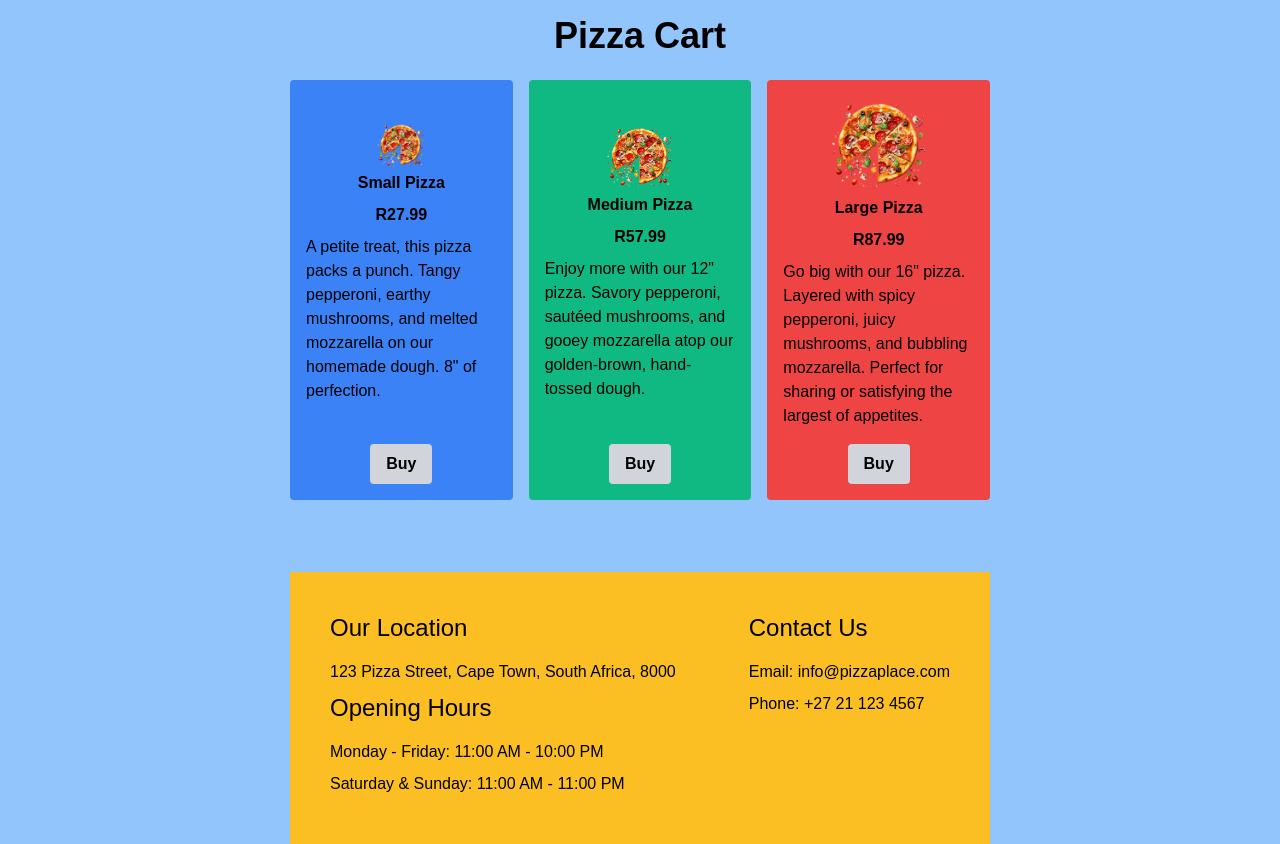
Repository: lasity34/pizza-cart-with-api
Page: index.html
These files come from the project's save history. The page is drawn as it stood at one moment and after the next save; the edit follows.
The browser window is 1280 px wide. The pictures show the whole page.
The page's requests for data from a server got no answer. Some web fonts or font styles are not loaded; a fallback is used. Some web libraries are served in a nearby version.

Above is the page before, as saved 2023-07-14 12:50:05.
Console error (its wording comes from the project's code and is left out).

### index.html
<!DOCTYPE html>
<html lang="en">
  <head>
    <meta charset="UTF-8" />
    <meta name="viewport" content="width=device-width, initial-scale=1.0" />
    <title>Pizza Cart</title>
    <script src="//unpkg.com/alpinejs" defer></script>
    <link
      href="https://cdn.jsdelivr.net/npm/tailwindcss@2.1.2/dist/tailwind.min.css"
      rel="stylesheet"
    />
    <script
      src="https://cdnjs.cloudflare.com/ajax/libs/axios/1.4.0/axios.min.js"
      integrity="sha512-uMtXmF28A2Ab/JJO2t/vYhlaa/3ahUOgj1Zf27M5rOo8/+fcTUVH0/E0ll68njmjrLqOBjXM3V9NiPFL5ywWPQ=="
      crossorigin="anonymous"
      referrerpolicy="no-referrer"
    ></script>
    <link href="./style.css" rel="stylesheet" />
    <link rel="preconnect" href="https://fonts.googleapis.com" />
    <link rel="preconnect" href="https://fonts.gstatic.com" crossorigin />
    <link
      href="https://fonts.googleapis.com/css2?family=Titillium+Web:ital@0;1&family=Tsukimi+Rounded:wght@300;400;500&display=swap"
      rel="stylesheet"
    />
  </head>
  <body x-data="pizzaCart" class="bg-blue-300" x-cloak>
    <section class="flex justify-center items-center">
      <h1 class="text-4xl pt-4 font-bold">Pizza Cart</h1>
    </section>

    <section  x-show=" cartTotal > 0 "
  class="shop-container my-3 sm:my-4 p-4 sm:p-5 flex flex-col text-xs sm:text-sm justify-center items-center"
>
  <h2 class="text-xl sm:text-2xl mb-2 font-bold">Shopping Cart</h2>
  <div class="mt-4 flex flex-col items-center">
    <div>
        <section class="mt-6">
            <table class="table-auto w-full rounded-lg overflow-hidden shadow-lg max-w-md mx-auto">
                <thead class="bg-red-600">
                    <tr>
                        <th class="px-2 sm:px-3 py-1 text-left text-xs sm:text-sm font-bold font-medium text-white uppercase tracking-wider">Flavour</th>
                        <th class="px-2 sm:px-3 py-1 text-left text-xs sm:text-sm font-medium text-white uppercase tracking-wider">Size</th>
                        <th class="px-2 sm:px-3 py-1 text-left text-xs sm:text-sm font-medium text-white uppercase tracking-wider">Quantity</th>
                        <th class="px-2 sm:px-3 py-1 text-left text-xs sm:text-sm font-medium text-white uppercase tracking-wider">Price</th>
                        <th class="px-2 sm:px-3 py-1 text-left text-xs sm:text-sm font-medium text-white uppercase tracking-wider">Total</th>
                    </tr>
                </thead>
                <tbody class="bg-yellow-100 divide-y divide-gray-200 overflow-auto max-h-48 sm:max-h-56">

                    <template x-for="pizza in cartPizzas">
                        <tr>
                          <td class="px-1 sm:px-2 py-1 whitespace-nowrap font-bold text-xs sm:text-sm text-gray-500" x-text="pizza.flavour"></td>

                            <td class="px-2 sm:px-3 py-1 whitespace-nowrap font-bold text-xs sm:text-sm text-gray-500" x-text="pizza.size"></td>
                            <td class="px-2 sm:px-3 py-1 whitespace-nowrap font-bold text-xs sm:text-sm text-gray-500">
                                <div class="flex items-center justify-center">
                                    <button
                                        @click="addPizzaToCart(pizza.id)"
                                        class="bg-gray-200 hover:bg-gray-300 text-gray-800 font-bold py-1 px-2 sm:px-3 rounded-l"
                                    >
                                        +
                                    </button>
                                    <div x-text="pizza.qty" class="mx-1 sm:mx-2"></div>
                                    <button
                                        @click="removePizzaFromCart(pizza.id)"
                                        class="bg-gray-200 hover:bg-gray-300 text-gray-800 font-bold py-1 px-2 sm:px-3 rounded-r"
                                    >
                                        -
                                    </button>
                                </div>
                            </td>
                            <td class="px-2 sm:px-3 py-1 whitespace-nowrap text-xs sm:text-sm font-bold text-gray-500">
                                R<span x-text="pizza.price"></span>
                            </td>
                            <td class="px-2 sm:px-3 py-1 whitespace-nowrap text-xs sm:text-sm font-bold text-gray-500">
                                R<span x-text="(pizza.qty * pizza.price).toFixed(2)"></span>
                            </td>
                        </tr>
                    </template>
                </tbody>
            </table>
        </section>
    </div>
    <div class="flex justify-center mt-2 sm:mt-4">
      <p class="font-bold">Total Cost</p>
      <p class="ml-3 sm:ml-5 font-bold">
        R<span x-text="(cartTotal).toFixed(2)">0.00</span>
      </p>
    </div>
    <div class="mt-2 sm:mt-4">
      <span x-text="message"></span>
    </div>

    <div class="mt-2 sm:mt-4"  x-cloak>
      <label class="font-bold">Payment Amount:</label>
      <input
        placeholder="Enter payment here"
        type="number"
        step="0.01"
        class="rounded ml-1 sm:ml-2 py-1 sm:py-2"
        x-model="paymentAmount"
      />
    </div>
    <div class="mt-3 sm:mt-6">
      <button
        x-cloak
        @click="payForCart()"
        class="bg-gray-300 hover:bg-gray-400 py-1 sm:py-2 px-4 sm:px-8 rounded font-bold"
      >
        <span>Pay</span>
      </button>
    </div>
  </div>
</section>




    <section class="pizza_columns mt-6">
      <div
        class="flex flex-col gap-4 mx-auto items-center lg:items-stretch lg:flex-row justify-center"
      >
        <div
          class="flex bg-blue-500 rounded p-4 w-4/5 lg:w-4/5 flex-grow flex-shrink flex flex-col justify-between text-black items-center"
        >
          <div class="flex-grow flex flex-col items-center justify-center">
            <img src="./pizza.png" width="50" />
            <h3 class="mb-2 font-bold">Small Pizza</h3>
            <h3 class="mb-2 font-bold">R27.99</h3>
            <p class="mb-4">
              A petite treat, this pizza packs a punch. Tangy pepperoni, earthy
              mushrooms, and melted mozzarella on our homemade dough. 8" of
              perfection.
            </p>
          </div>
          <button
            @click=""
            :disabled="smallAdded"
            class="bg-gray-300 hover:bg-gray-400 transition-colors duration-300 py-2 px-4 rounded font-bold"
          >
            Buy
          </button>
        </div>
        <div
          class="pizza_md bg-green-500 rounded p-4 w-4/5 lg:w-4/5 flex-grow flex-shrink flex flex-col justify-between text-black items-center"
        >
          <div class="flex-grow flex flex-col items-center justify-center">
            <img src="./pizza.png" width="70" />
            <h3 class="mb-2 font-bold">Medium Pizza</h3>
            <h3 class="mb-2 font-bold">R57.99</h3>
            <p class="mb-4">
              Enjoy more with our 12" pizza. Savory pepperoni, sautéed
              mushrooms, and gooey mozzarella atop our golden-brown, hand-tossed
              dough.
            </p>
          </div>
          <button
            @click=""
            :disabled="mediumAdded"
            class="bg-gray-300 hover:bg-gray-400 transition-colors duration-300 py-2 px-4 rounded font-bold"
          >
            Buy
          </button>
        </div>
        <div
          class="pizza_lg bg-red-500 rounded p-4 w-4/5 lg:w-4/5 flex-grow flex-shrink flex flex-col justify-between text-black items-center"
        >
          <div class="flex-grow flex flex-col items-center justify-center">
            <img src="./pizza.png" width="100" />
            <h3 class="mb-2 font-bold">Large Pizza</h3>
            <h3 class="mb-2 font-bold">R87.99</h3>
            <p class="mb-4">
              Go big with our 16" pizza. Layered with spicy pepperoni, juicy
              mushrooms, and bubbling mozzarella. Perfect for sharing or
              satisfying the largest of appetites.
            </p>
          </div>
          <button
            @click=""
            :disabled="largeAdded"
            class="bg-gray-300 hover:bg-gray-400 transition-colors duration-300 py-2 px-4 rounded font-bold"
          >
            Buy
          </button>
        </div>
      </div>
    </section>
    <!-- all pizzas display -->
    <section class="mt-8">
        <div class="flex flex-col items-center">
            <template x-for="pizza in pizzas">
                <div class="flex items-center border-b border-gray-200 bg-yellow-200 shadow-lg rounded-lg px-4 py-4 my-3 w-full max-w-xl">
                    <div class="w-24 h-24 flex-shrink-0">
                        <img src="./pizza.png" class="w-full h-full object-cover rounded-lg" />
                    </div>
                    <div class="ml-4 flex-grow flex justify-between w-3/4 items-center">
                        <h5 class="ml-2 text-lg font-bold text-black" x-text="pizza.flavour"></h5>
                        <p class="text-lg text-black mt-5 mb-4 mr-6 font-bold">R<span x-text="pizza.price"></span></p>
                    </div>
                    <div>
                        <button @click="addPizzaToCart(pizza.id)" class="bg-gray-600 hover:bg-gray-700 text-white font-bold py-2 px-4 rounded">Buy</button>
                    </div>
                </div>
            </template>
        </div>
    </section>



    <footer class="bg-yellow-400 text-black mt-10 p-10">
      <div class="container mx-auto flex justify-between">
        <div>
          <h2 class="text-2xl mb-4">Our Location</h2>
          <p class="mb-2">123 Pizza Street, Cape Town, South Africa, 8000</p>

          <h2 class="text-2xl mb-4">Opening Hours</h2>
          <p class="mb-2">Monday - Friday: 11:00 AM - 10:00 PM</p>
          <p class="mb-2">Saturday & Sunday: 11:00 AM - 11:00 PM</p>
        </div>
        <div>
          <h2 class="text-2xl mb-4">Contact Us</h2>
          <p class="mb-2">Email: info@pizzaplace.com</p>
          <p class="mb-2">Phone: +27 21 123 4567</p>
        </div>
      </div>
    </footer>

    <div
      x-show="show"
      x-transition:enter="transition ease-out duration-300"
      x-transition:enter-start="opacity-0 transform scale-90"
      x-transition:enter-end="opacity-100 transform scale-100"
      x-transition:leave="transition ease-in duration-300"
      x-transition:leave-start="opacity-100 transform scale-100"
      x-transition:leave-end="opacity-0 transform scale-90"
      class="fixed inset-0 flex items-center justify-center z-50"
    >
      <div class="bg-green-800 text-white rounded p-5 shadow-lg">
        <p x-text="message"></p>
      </div>
    </div>

    <script src="./pizza.js"></script>
  </body>
</html>

### style.css

body {
    max-width: 700px;
    margin: 0 auto;

font-family: 'Tsukimi Rounded', sans-serif;
}

.shop-container {
    background-color: rgb(205, 190, 50);
    max-width: 95%;
    margin: 1em auto;
}

input::-webkit-outer-spin-button,
input::-webkit-inner-spin-button {
  -webkit-appearance: none;
  margin: 0;
}

input[type="number"] {
  -moz-appearance: textfield;
 text-indent: 10px;
}

[x-cloak] { display: none; }

### pizza.js
function pizzaCart() {
  return {
    quantity: 0,
    paymentAmount: 0,
    message: "",
    show: false,
    lastMessageAdded: "",
    pizzas: [],
    username: "bjorn",
    cartId: "",
    cartPizzas: [],
    cartTotal: 0.0,
    // increment(size) {
    //   if (size === "small" && this.smallAdded) {
    //     this.smallAmount++;
    //   } else if (size === "medium" && this.mediumAdded) {
    //     this.mediumAmount++;
    //   } else if (size === "large" && this.largeAdded) {
    //     this.largeAmount++;
    //   }
    // },
    // buy(size) {
    //   if (size === "small") {
    //     this.smallAdded = true;
    //     this.smallAmount++; // increment the small pizza count
    //     this.message = "Small Pizza has been added";
    //   } else if (size === "medium") {
    //     this.mediumAdded = true;
    //     this.mediumAmount++; // increment the medium pizza count
    //     this.message = "Medium Pizza has been added";
    //   } else if (size === "large") {
    //     this.largeAdded = true;
    //     this.largeAmount++; // increment the large pizza count
    //     this.message = "Large Pizza has been added";
    //   }
    //   this.toggleModal();
    // },
    // decrement(size) {
    //   if (size === "small" && this.smallAmount > 0 && this.smallAdded) {
    //     this.smallAmount--;
    //     if (this.smallAmount === 0) this.smallAdded = false;
    //   }
    //   if (size === "medium" && this.mediumAmount > 0 && this.mediumAdded) {
    //     this.mediumAmount--;
    //     if (this.mediumAmount === 0) this.mediumAdded = false;
    //   }
    //   if (size === "large" && this.largeAmount > 0 && this.largeAdded) {
    //     this.largeAmount--;
    //     if (this.largeAmount === 0) this.largeAdded = false;
    //   }
    // },
    // total() {
    //   return (
    //     this.smallAmount * this.prices.small +
    //     this.mediumAmount * this.prices.medium +
    //     this.largeAmount * this.prices.large
    //   );
    // },
    // paymentTotal() {
    //   if (this.paymentAmount < this.total()) {
    //     this.payMessage = `<p class='flex bg-red-600 text-white py-2 px-4 font-bold text-lg my-3 py-1'>R${(
    //       this.total() - this.paymentAmount
    //     ).toFixed(2)} is needed</p>`;
    //     setTimeout(() => {
    //       this.payMessage = "";
    //     }, 2000);
    //   } else if (this.paymentAmount > this.total()) {
    //     this.payMessage = `<p class='flex bg-red-600 text-white py-2 px-4 font-bold text-lg my-3 py-1'>There is R${(
    //       this.paymentAmount - this.total()
    //     ).toFixed(2)} too much</p>`;
    //     setTimeout(() => {
    //       this.payMessage = "";
    //     }, 2000);
    //   } else if (this.paymentAmount == this.total() && this.total() !== 0) {
    //     this.payMessage =
    //       "<p class='flex bg-green-600 text-white py-2 px-4 font-bold text-lg my-3 py-1'>Enjoy your pizzas<p>";
    //     this.reset();
    //     setTimeout(() => {
    //       this.payMessage = "";
    //     }, 2000);
    //   }
    // },
    toggleModal() {
      this.show = !this.show;
      if (this.show) {
        setTimeout(() => {
          this.show = false;
        }, 2000); // Close after 2 seconds
      }
    },
    reset() {
      this.smallAmount = 0;
      this.mediumAmount = 0;
      this.largeAmount = 0;
      this.paymentAmount = 0;
      this.message = "";

      this.smallAdded = false;
      this.mediumAdded = false;
      this.largeAdded = false;
      this.show = false;
    },

    // API

    createCart() {
      const createCartURL = `https://pizza-api.projectcodex.net/api/pizza-cart/create?username=${this.username}`
      return axios.get(createCartURL).then(result => {
        this.cartId = result.data.cart_code
      })
    },

    getCart() {
      const getCartURL = `https://pizza-api.projectcodex.net/api/pizza-cart/${this.cartId}/get`;
      return axios.get(getCartURL);
    },

    addPizza(pizzaId) {
      return axios.post(
        "https://pizza-api.projectcodex.net/api/pizza-cart/add",
        {
          cart_code: this.cartId,
          pizza_id: pizzaId,
        }
      );
    },
    removePizza(pizzaId) {
      return axios.post(
        "https://pizza-api.projectcodex.net/api/pizza-cart/remove",
        {
          cart_code: this.cartId,
          pizza_id: pizzaId,
        }
      );
    },
    pay(amount) {
      return axios.post("https://pizza-api.projectcodex.net/api/pizza-cart/pay", {
        cart_code: this.cartId,
         amount
      });
    },
    showCartData() {
      this.getCart().then((result) => {
        const cartData = result.data;
        this.cartPizzas = cartData.pizzas;
        this.cartTotal = cartData.total;
      });
    },
    init() {
      axios
        .get("https://pizza-api.projectcodex.net/api/pizzas")
        .then((result) => {
          this.pizzas = result.data.pizzas;
        });

        if(!this.cartId) {
          this.createCart()
          .then(() => {

            this.showCartData()
          })
        }

      this.showCartData();
    },
    addPizzaToCart(pizzaId) {
      this.addPizza(pizzaId).then(() => {
        this.showCartData();
      });
    },
    removePizzaFromCart(pizzaId) {
      this.removePizza(pizzaId).then(() => {
        this.showCartData();
      });
    },
    payForCart() {
      this.pay(this.paymentAmount)
      .then(result => {
       if ( result.data.status === 'failure') {
        this.message = result.data.message;
        setTimeout(() => this.message = '', 3000)
       } else {
        this.message = 'Payment Received'

        setTimeout(() => {
          this.message = '';
          this.cartPizzas = [];
          this.cartTotal = 0.00;
          this.cartId = '';
          this.paymentAmount = 0
          this.createCart()
        }, 3000)

       }
      })
    }
  };
}

document.addEventListener("alpine:init", () => {
  Alpine.data("pizzaCart", pizzaCart);
});

After the next save:
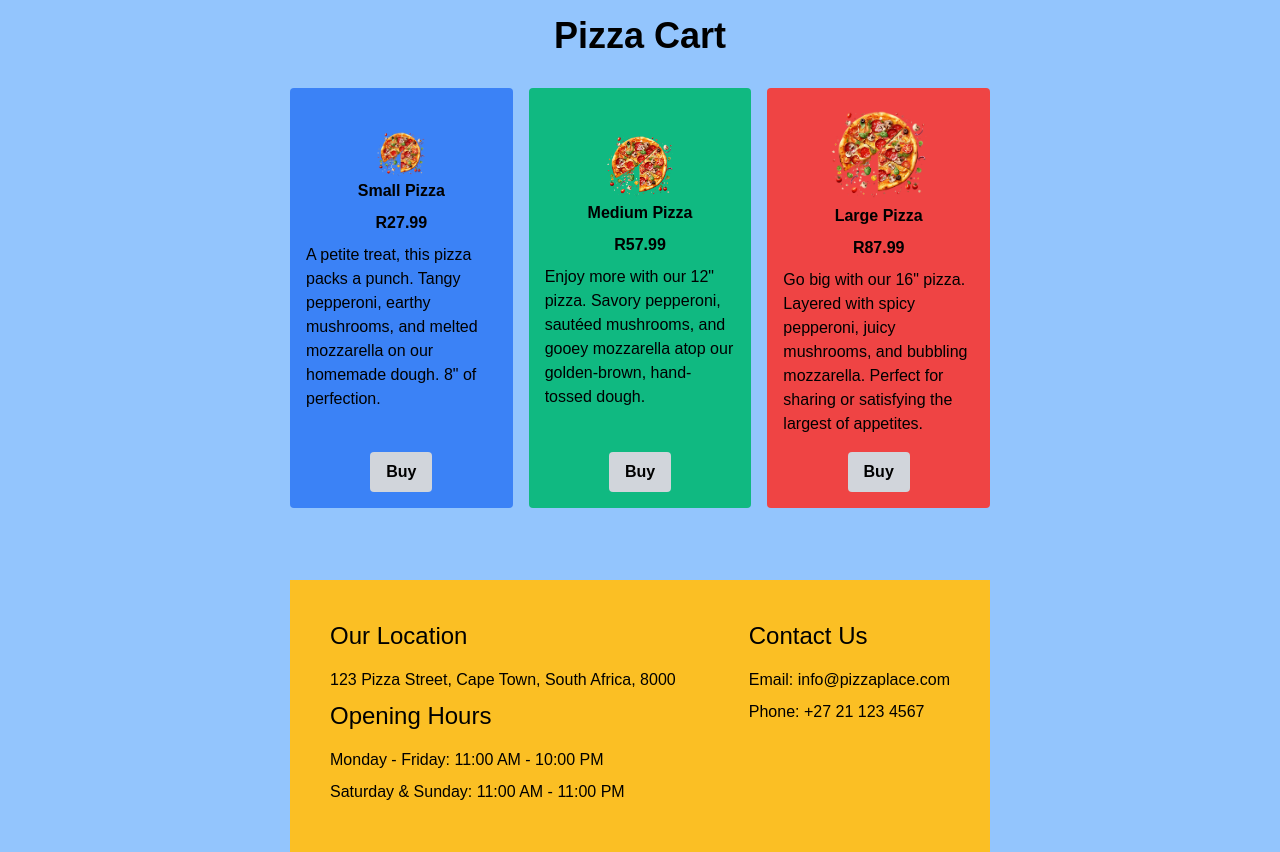
Saved 11 s later.
--- a/index.html
+++ b/index.html
@@ -116,7 +116,7 @@
 
 
 
-    <section class="pizza_columns mt-6">
+    <section class="pizza_columns mt-8">
       <div
         class="flex flex-col gap-4 mx-auto items-center lg:items-stretch lg:flex-row justify-center"
       >
